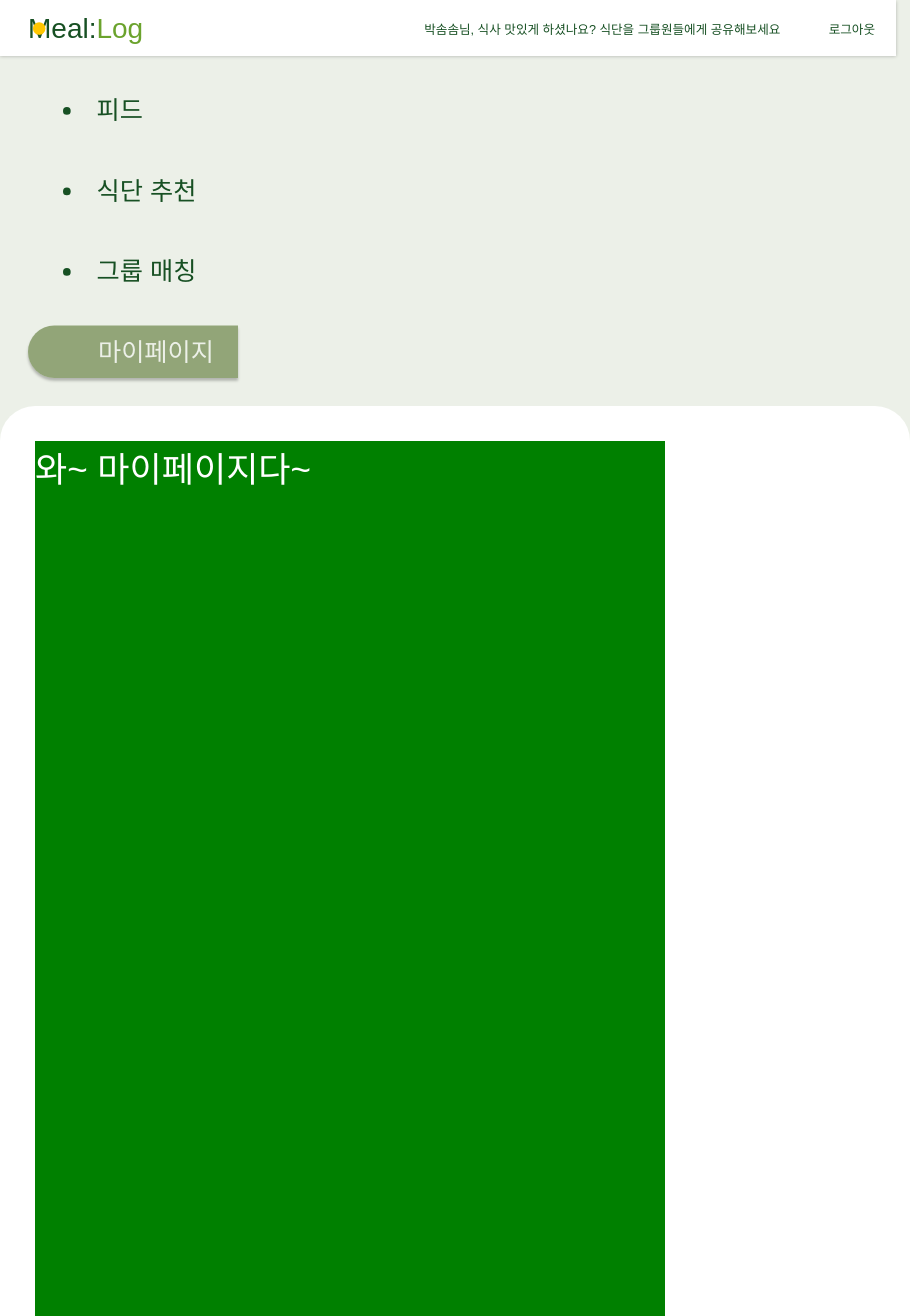
Repository: mealLog-databaseProgramming/MealLog
Page: http://localhost/meal-log/index.jsp
These files come from the project's save history. The page is drawn as it stood at one moment and after the next save; the edit follows.
The browser window is 1280 px wide. The page is 1300 px wide, then 1280 px, so the pictures cover 1300 px, including what lies to the right of the window. The pictures show the part of the page from y = 0 to 1880 px (the page is 2680 px tall), at 70% of full size.
Some icons come from a web library that is not loaded, so they are not drawn. Some web fonts or font styles are not loaded; a fallback is used. The page is served by Tomcat 9.

Above is the page before, as saved 2022-09-29 16:23:01.

After the next save:
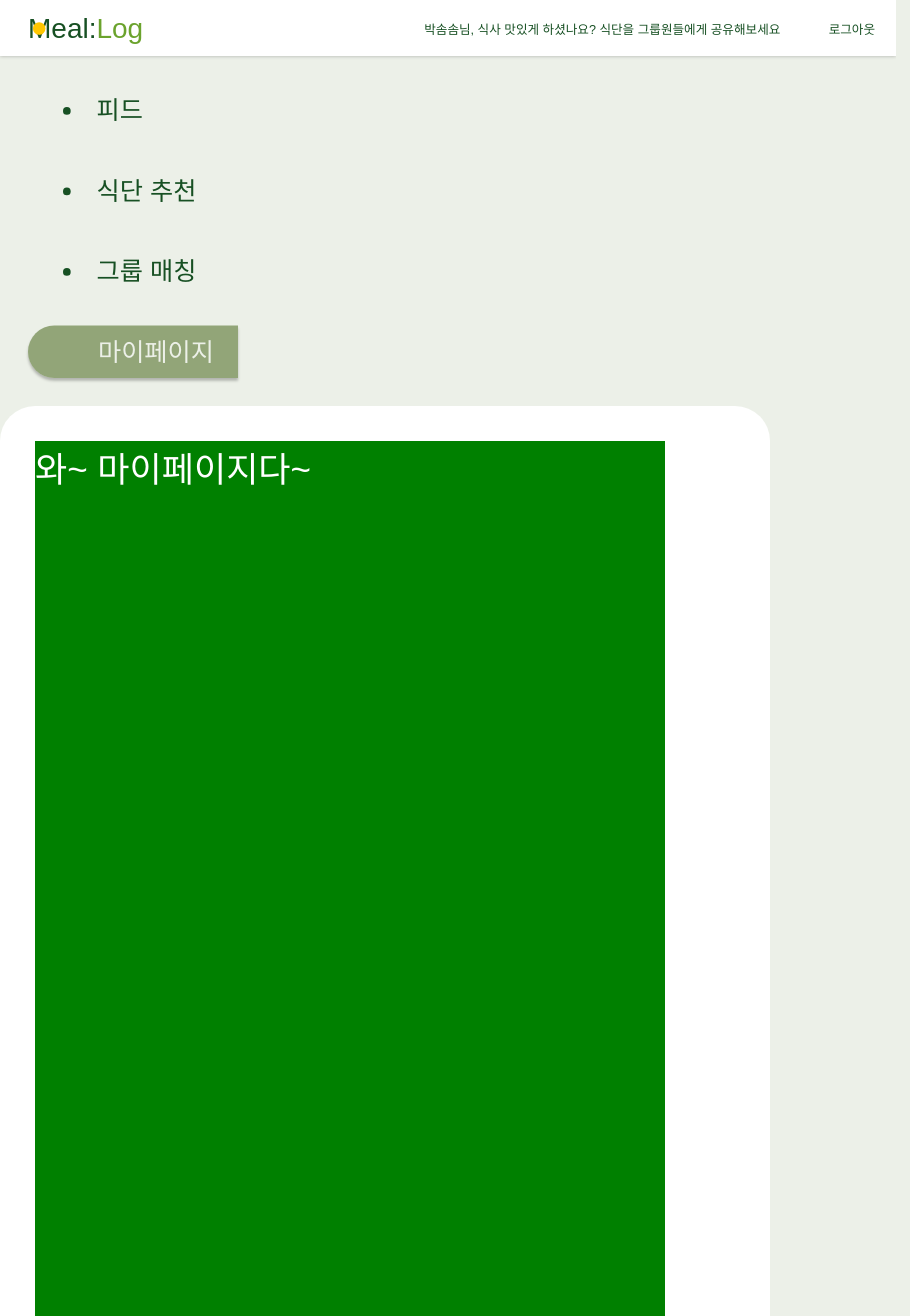
Saved 18 s later.
--- a/meal-log/src/main/webapp/resources/css/index.css
+++ b/meal-log/src/main/webapp/resources/css/index.css
@@ -135,7 +135,7 @@ body {
 
 .Content {
 	display: inline-block;
-	width: 1200px;
+	width: 1000px;
 	padding: 50px;
 
 	background: #FFFFFF;
